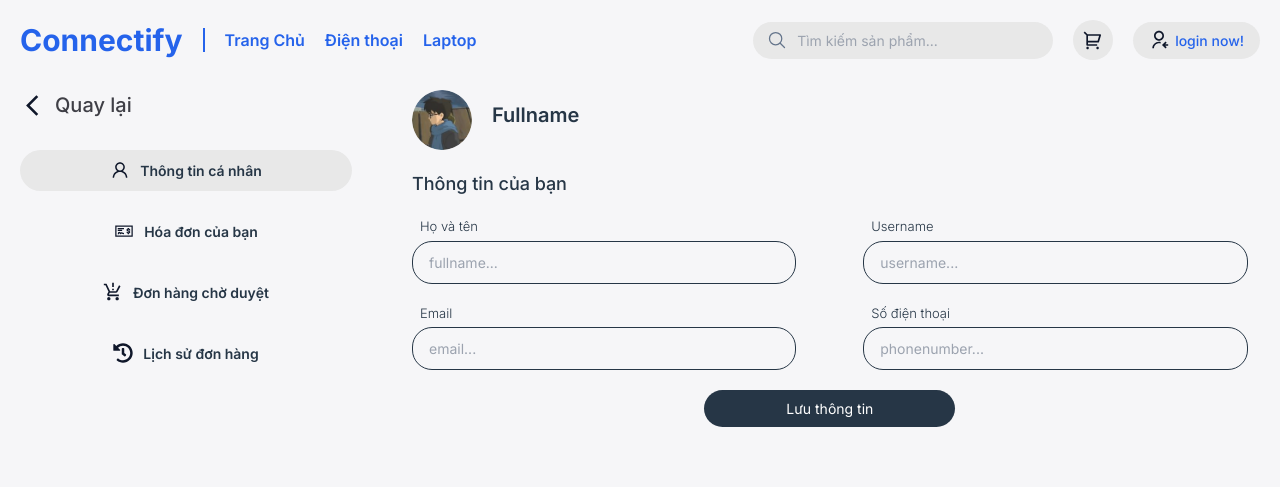
Repository: tvbacs/JavaWebProjectUI
Page: /profile
The author's editor kept a copy of each file at every save. The page is drawn from the files as they stood at one save, then again after the next save.
The browser window is 1280 px wide. The pictures show the whole page.
The project was rebuilt for these pictures with package versions that can differ from the ones it lists, and the page was loaded fresh each time. Also part of the build but not shown: src/pages/Auth/Login/index.js, src/pages/HomePage/HomePage.module.scss, src/components/Item/Item.module.scss, src/components/Item/index.js, src/components/Scroll/Scroll.module.scss, src/components/Scroll/index.js, src/pages/HomePage/index.js, src/pages/LaptopPage/LaptopPage.module.scss and 46 more.

Above is the page before, as saved 2025-05-25 06:08:08.

After the next save:
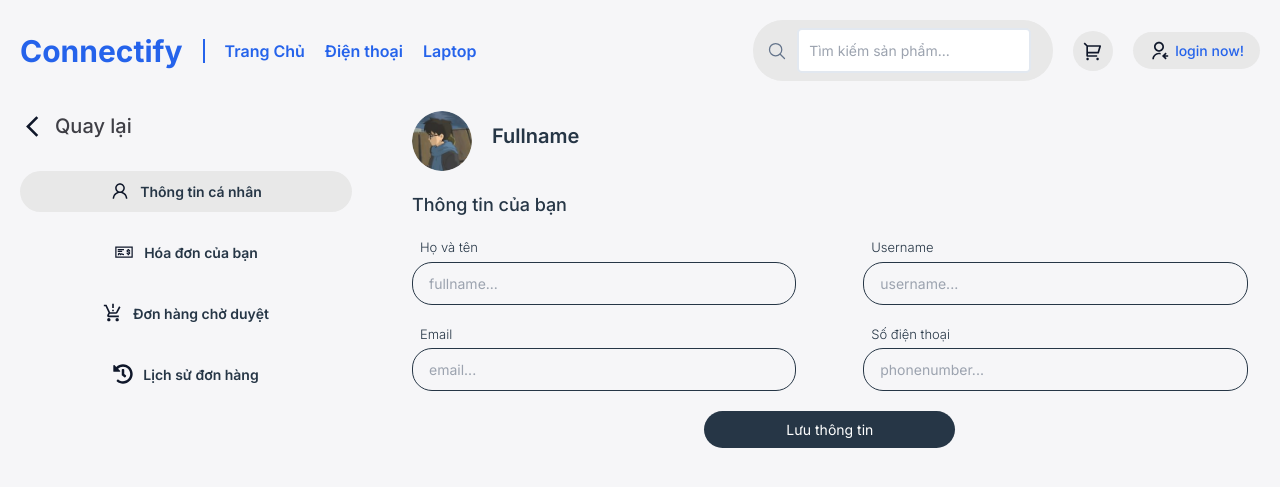
Saved 18 s later.
--- a/src/Globals/GlobalStyles/GlobalStyles.scss
+++ b/src/Globals/GlobalStyles/GlobalStyles.scss
@@ -78,23 +78,88 @@ body{
 @tailwind base;
 @tailwind components;
 @tailwind utilities;
+// Modern Mixins
 @mixin input(){
-    border:none;
-    outline:none;
-    background-color: transparent;
+    border: 2px solid var(--border-primary);
+    outline: none;
+    background-color: var(--bg-primary);
+    border-radius: var(--radius-md);
+    padding: var(--spacing-md);
+    font-size: 1.4rem;
+    transition: all 0.2s ease;
+
+    &:focus {
+        border-color: var(--border-focus);
+        box-shadow: 0 0 0 3px rgb(59 130 246 / 0.1);
+    }
 }
+
 @mixin flex-center(){
     display: flex;
     justify-content: center;
     align-items: center;
 }
+
 @mixin button(){
-    border:none;
-    outline:none;
-    cursor:pointer;
+    border: none;
+    outline: none;
+    cursor: pointer;
+    border-radius: var(--radius-md);
+    padding: var(--spacing-md) var(--spacing-lg);
+    font-weight: 500;
+    transition: all 0.2s ease;
 
+    &:hover {
+        transform: translateY(-1px);
+    }
+
+    &:active {
+        transform: translateY(0);
+    }
 }
+
+@mixin button-primary(){
+    @include button();
+    background: var(--primary);
+    color: white;
+
+    &:hover {
+        background: var(--primary-dark);
+        box-shadow: var(--shadow-md);
+    }
+}
+
+@mixin button-secondary(){
+    @include button();
+    background: var(--bg-primary);
+    color: var(--text-primary);
+    border: 2px solid var(--border-primary);
+
+    &:hover {
+        border-color: var(--primary);
+        color: var(--primary);
+    }
+}
+
+@mixin card(){
+    background: var(--bg-primary);
+    border-radius: var(--radius-xl);
+    box-shadow: var(--shadow-md);
+    border: 1px solid var(--border-primary);
+    transition: all 0.3s ease;
+
+    &:hover {
+        box-shadow: var(--shadow-lg);
+        transform: translateY(-2px);
+    }
+}
+
 @mixin a(){
     text-decoration: none;
-    color:var(--black);
+    color: var(--text-primary);
+    transition: color 0.2s ease;
+
+    &:hover {
+        color: var(--primary);
+    }
 }
